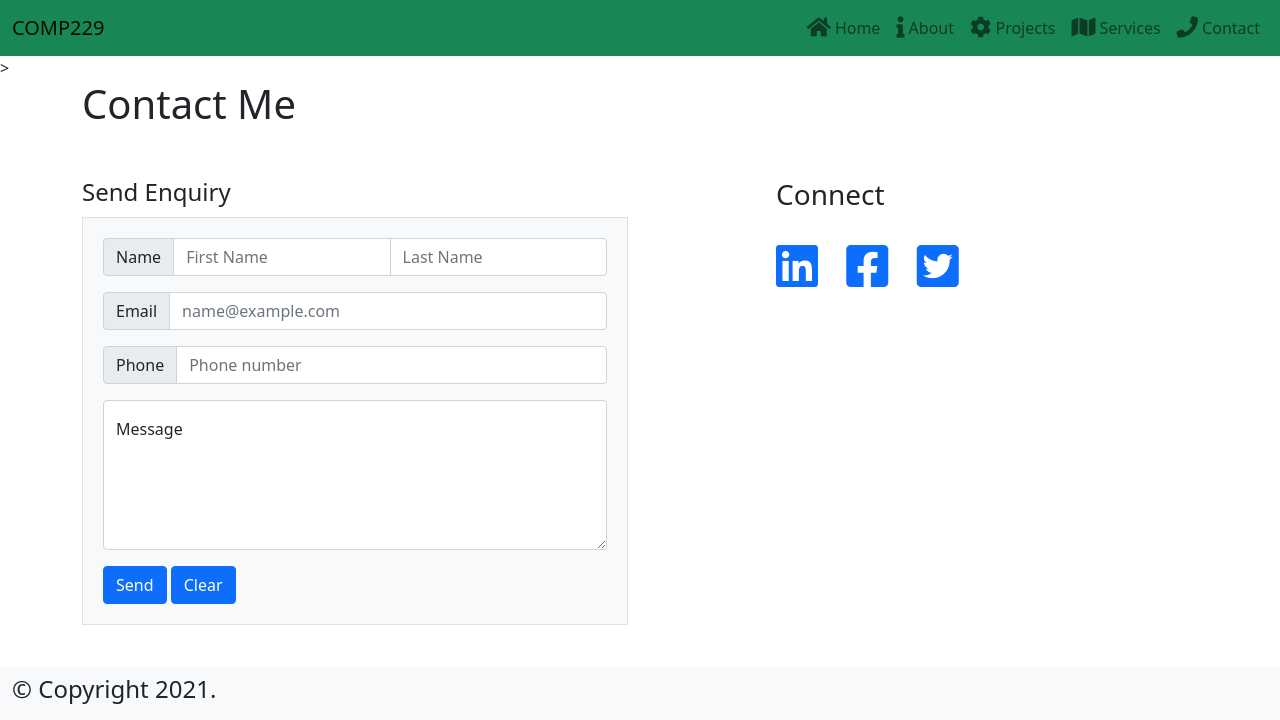
Repository: Mostafa-Asaad/Portfolio
Page: http://localhost/contact
These files come from the project's save history. The page is drawn as it stood at one moment and after the next save; the edit follows.
The browser window is 1280 px wide. The pictures show the whole page.
The page is served by the project's Node server (index.js).

Above is the page before, as saved 2021-06-04 16:17:31.

After the next save:
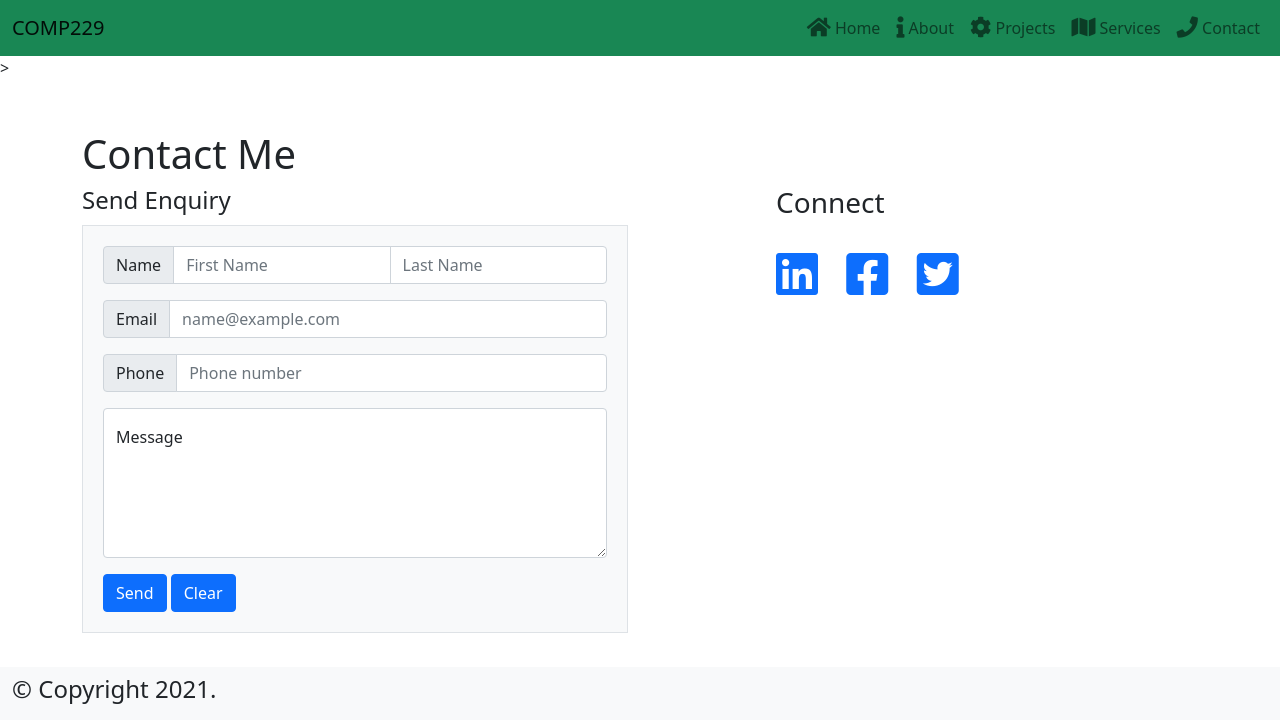
Saved 18 s later.
--- a/Server/Views/content/contact.ejs
+++ b/Server/Views/content/contact.ejs
@@ -1,6 +1,6 @@
 
 <!-- Page Title -->
-<div class="container" style= "margin-bottom:50px;" style="margin-top:50px;">
+<div class="container" style="margin-top:50px;" style= "margin-bottom:50px;" >
   <h1>Contact Me</h1>
 </div>
 

After the save that followed:
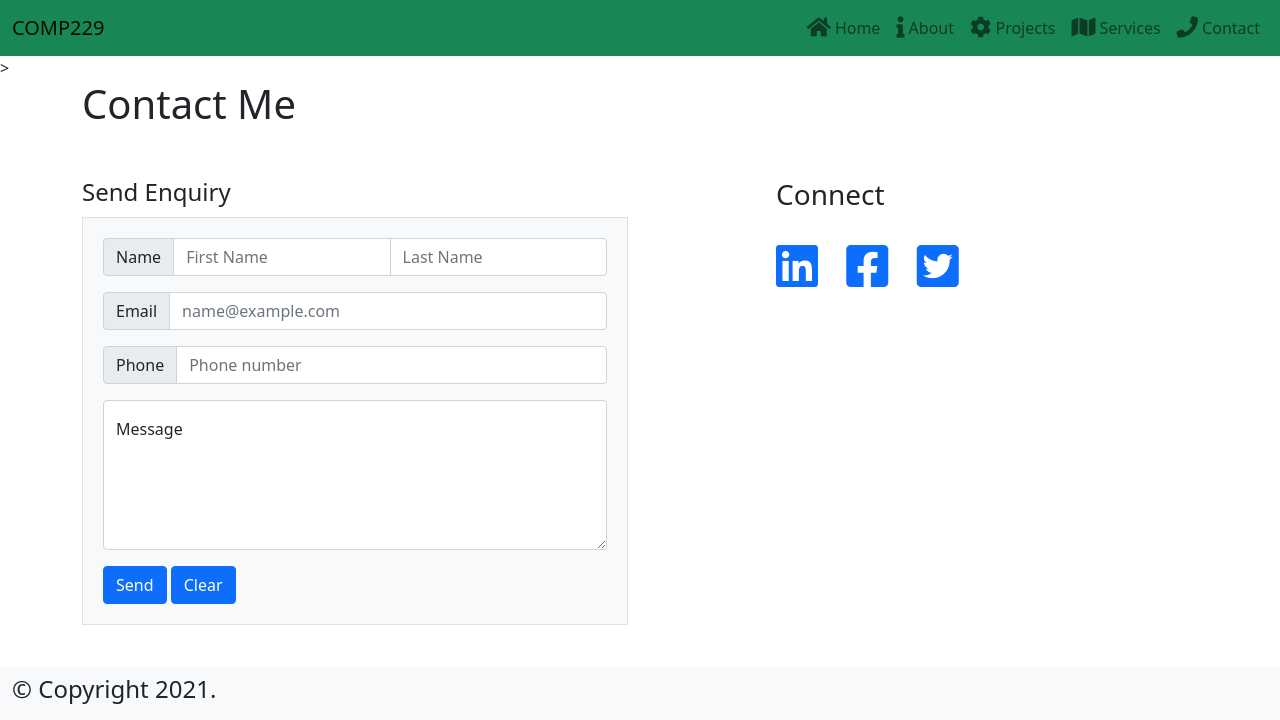
Saved 11 s later.
--- a/Server/Views/content/contact.ejs
+++ b/Server/Views/content/contact.ejs
@@ -1,6 +1,6 @@
 
 <!-- Page Title -->
-<div class="container" style="margin-top:50px;" style= "margin-bottom:50px;" >
+<div class="container" style= "margin-bottom:50px;" >
   <h1>Contact Me</h1>
 </div>
 
